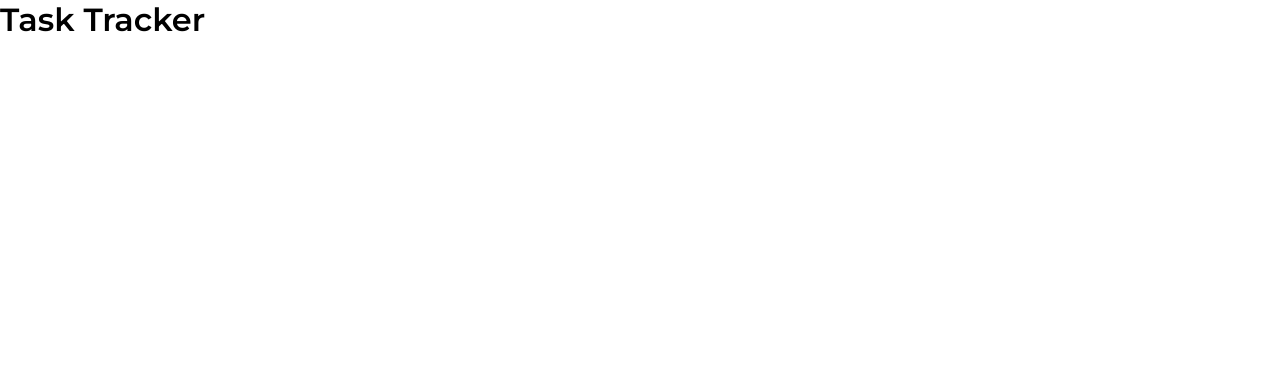
Repository: kate30980/task-tracker-reactjs
Page: /
The author's editor kept a copy of each file at every save. The page is drawn from the files as they stood at one save, then again after the next save.
The browser window is 1280 px wide. The pictures show the whole page.
The project was rebuilt for these pictures with package versions that can differ from the ones it lists, and the page was loaded fresh each time.

Above is the page before, as saved 2021-09-19 14:36:08.

After the next save:
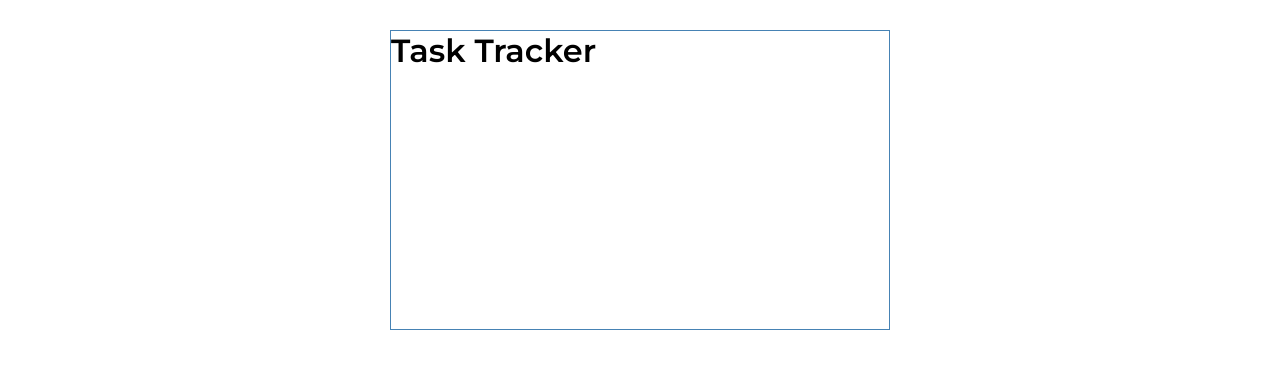
Saved 47 s later.
--- a/src/index.css
+++ b/src/index.css
@@ -11,9 +11,13 @@ body {
   font-family: 'Montserrat', sans-serif;
 }
 
-code {
-  font-family: source-code-pro, Menlo, Monaco, Consolas, 'Courier New',
-    monospace;
+.container {
+  max-width: 500px;
+  margin: 30px auto;
+  overflow: auto;
+  min-height: 300px;
+  border: 1px solid steelblue;
+
 }
 .btn{
   display: inline-block;
